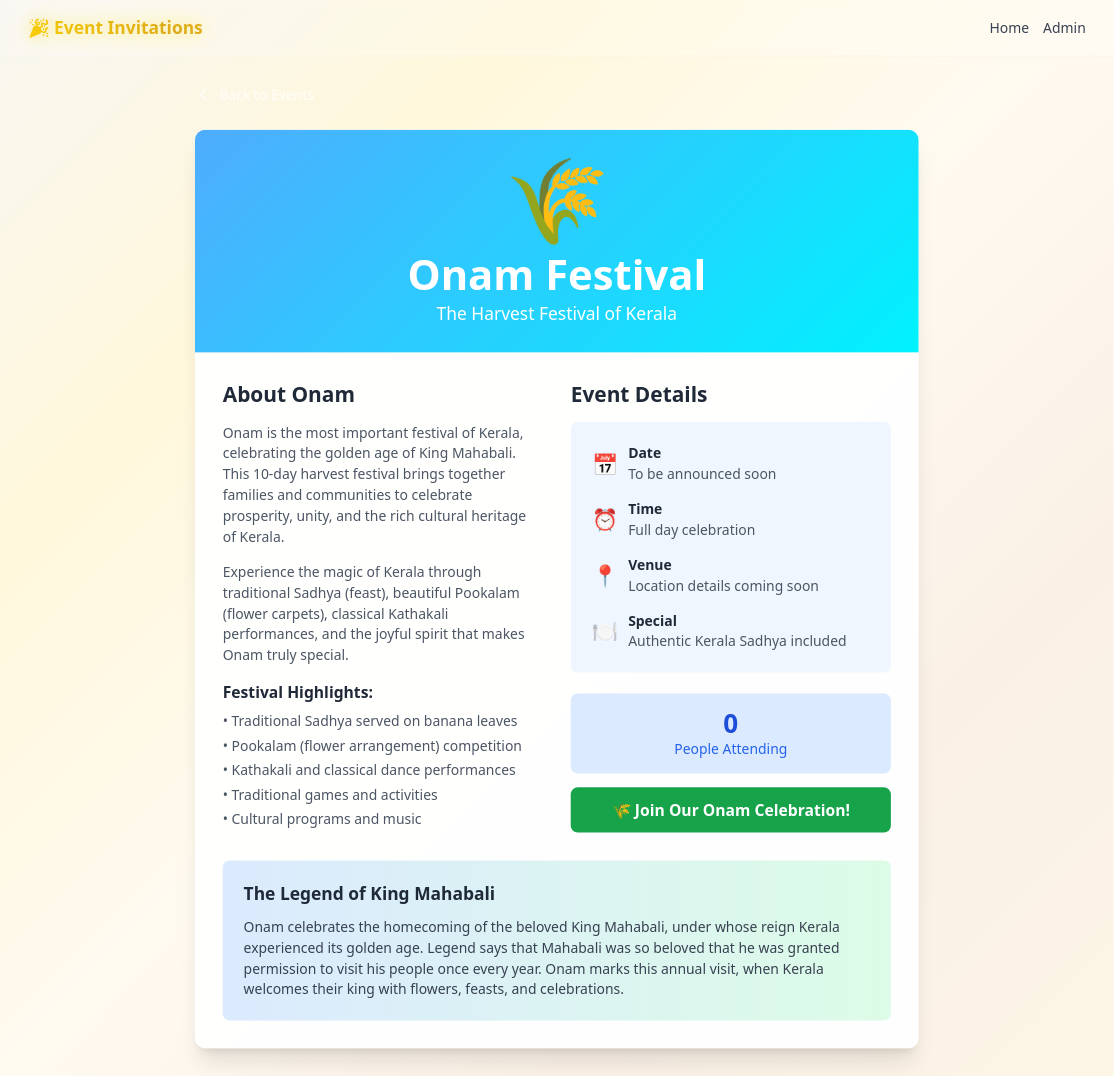
Repository: nanduldas/invitation
Page: http://localhost/event/onam
The author's editor kept a copy of each file at every save. The page is drawn from the files as they stood at one save, then again after the next save.
The browser window is 1280 px wide. The pictures show the whole page, at 87% of full size.
Some web libraries are served in a nearby version. The page is served by the project's Laravel application, run on PHP 8.4 with Laravel 12. Queries for data that is not in the repository find no rows.

Above is the page before, as saved 2025-08-22 23:51:20.

After the next save:
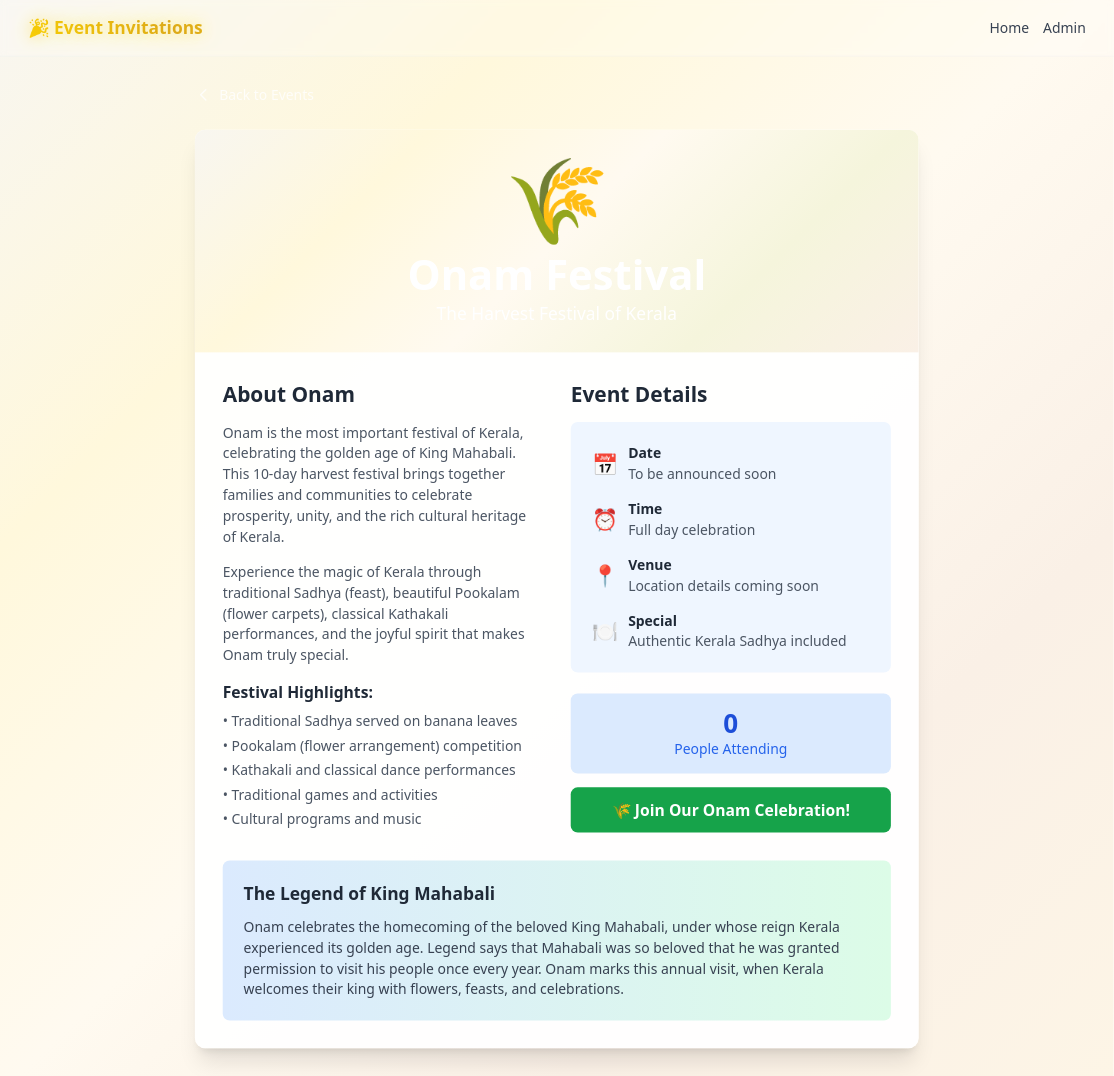
Saved 110 s later.
--- a/resources/views/layouts/app.blade.php
+++ b/resources/views/layouts/app.blade.php
@@ -27,7 +27,10 @@
             background: linear-gradient(135deg, rgba(255, 215, 0, 0.9) 0%, rgba(255, 165, 0, 0.8) 50%, rgba(255, 140, 0, 0.9) 100%);
         }
         .gradient-onam {
-            background: linear-gradient(135deg, #4facfe 0%, #00f2fe 100%);
+            background: linear-gradient(135deg, #F8F6F0 0%, #FFF8DC 25%, #FFFAF0 50%, #F5F5DC 75%, #FAF0E6 100%);
+        }
+        .onam-overlay {
+            background: linear-gradient(135deg, rgba(255, 215, 0, 0.9) 0%, rgba(255, 165, 0, 0.8) 50%, rgba(255, 140, 0, 0.9) 100%);
         }
         .text-gold {
             color: #FFD700;
